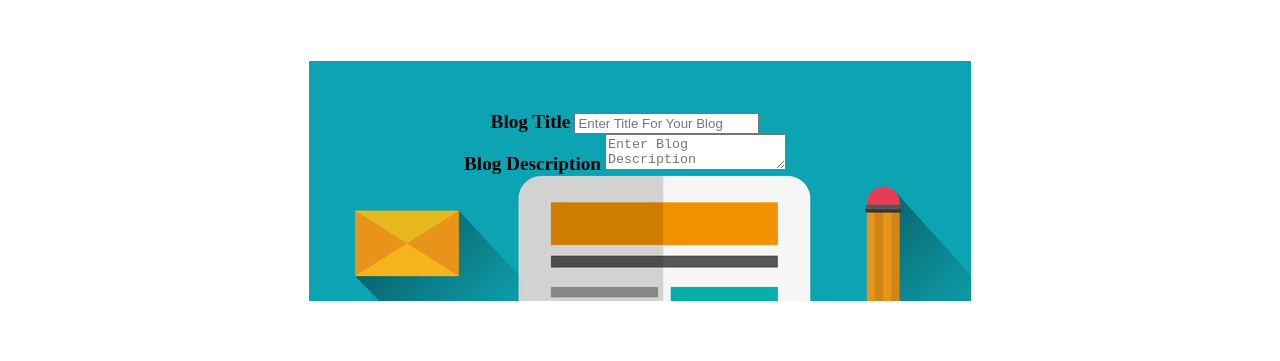
Repository: NeeleshPoojari/Project-2
Page: frontend_project2/WebContent/views/blogpostform.html
These files come from the project's save history. The page is drawn as it stood at one moment and after the next save; the edit follows.
The browser window is 1280 px wide. The pictures show the whole page.

Above is the page before, as saved 2017-07-17 15:59:21.

After the next save:
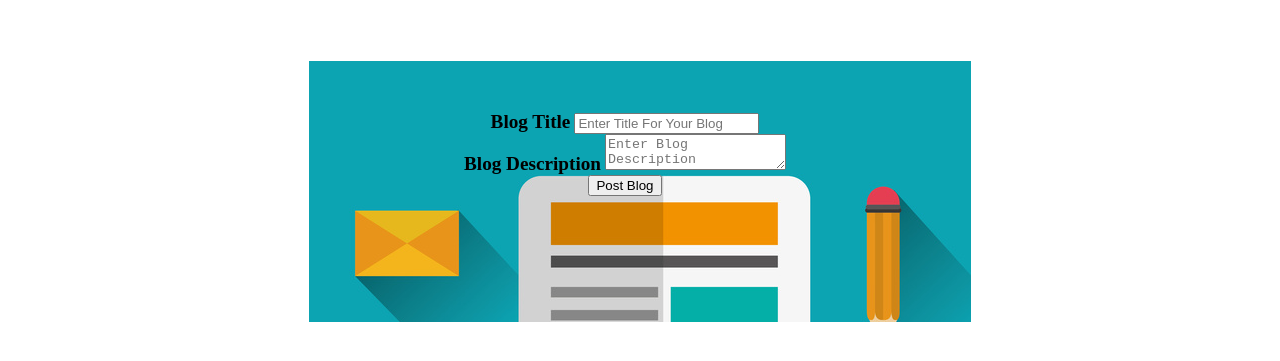
Saved 83 s later.
--- a/frontend_project2/WebContent/views/blogpostform.html
+++ b/frontend_project2/WebContent/views/blogpostform.html
@@ -1,23 +1,30 @@
-<link href="css/registrationform.css" media="all" rel="stylesheet" type="text/css" />
-<div class="middle" style="margin-top: 60px;background-image: url('images/Blog1.jpg');">
+<link href="css/registrationform.css" media="all" rel="stylesheet"
+	type="text/css" />
+<div class="middle"
+	style="margin-top: 60px; background-image: url('images/Blog1.jpg');">
 
-<form>
+	<form>
 		<div align="center">
 			<div class="row">
 				<div class="form-group col-xs-12">
 					<label><b><big>Blog Title</big></b></label> <input
 						ng-model="blogPost.title" placeholder="Enter Title For Your Blog"
-						class="form-control input-lg" >
+						class="form-control input-lg">
 				</div>
 			</div>
 
 			<div class="row">
-           <label><big><b>Blog Description</b></big></label>
-           <textarea ng-model="blogPost.description" placeholder="Enter Blog Description"
-						class="form-control input-lg" ></textarea>
+				<label><big><b>Blog Description</b></big></label>
+				<textarea ng-model="blogPost.description"
+					placeholder="Enter Blog Description" class="form-control input-lg"></textarea>
 
 			</div>
-			</form>
+
+			<td>
+				<button class="btn btn-success" ng-click="saveBlogPost()">Post
+					Blog</button>
+			</td>
+	</form>
 
 
 
